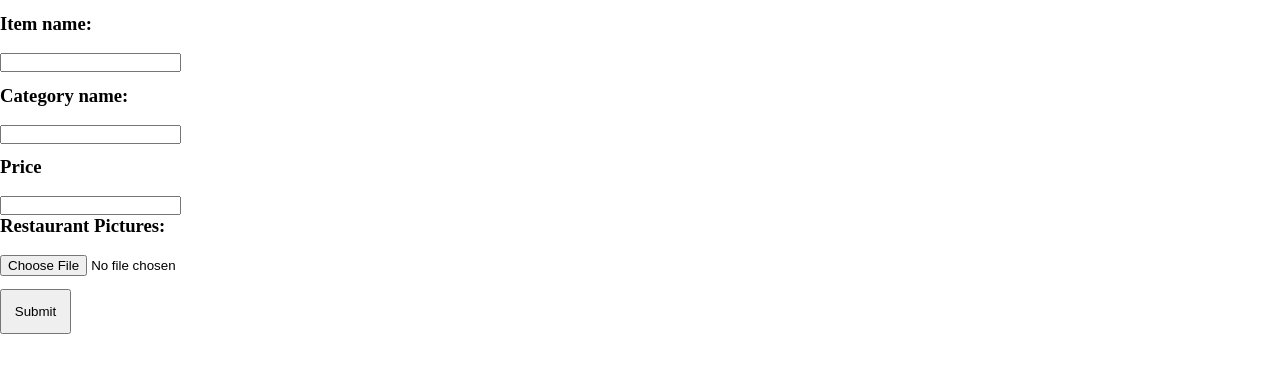
Repository: jatannoury/Ecommerce-Laravel-Electron
Page: Admin-electron/src/HTML/add_item.html
An editor plug-in stored every save of this project. The page is shown before and after the next save, followed by the edit.
The browser window is 1280 px wide. The pictures show the whole page.

Above is the page before, as saved 2022-06-10 22:49:10.

After the next save:
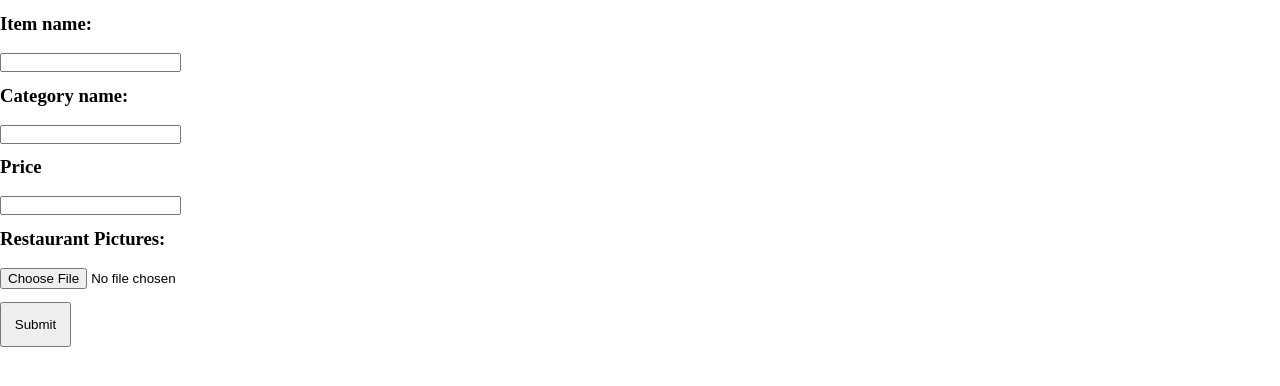
Saved 24 s later.
--- a/Admin-electron/src/HTML/add_item.html
+++ b/Admin-electron/src/HTML/add_item.html
@@ -16,7 +16,7 @@
             <h3 for="price" class="one" id="price">Price</h3><br>
             <input type="text"  name="fname" ><br>
             <div >
-            <h3 for="pictures">Restaurant Pictures:</h3><br>
+            <h3 for="pictures" class="one">Restaurant Pictures:</h3><br>
             <input id="pictures" type="file" accept="image/*">
             </div>
             <input type="submit" class="submit" value="Submit">
